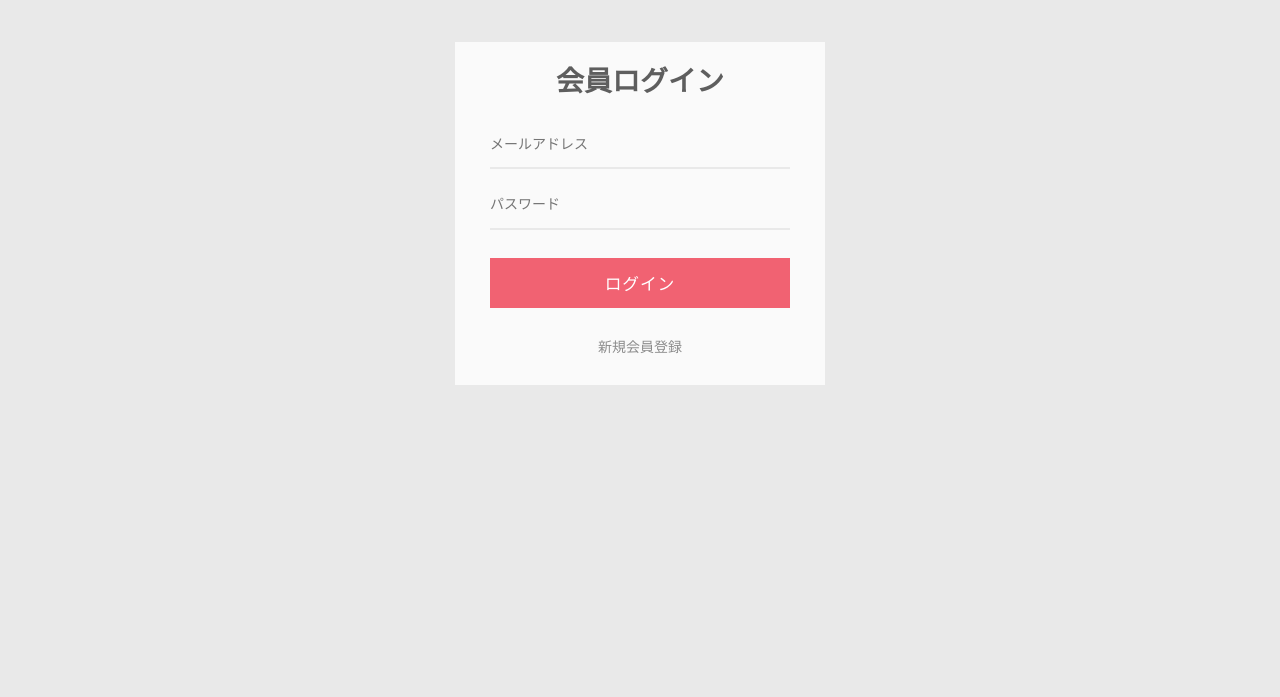
Repository: kawaguchi-mizuki/ntmc
Page: http://localhost/movie/login
The author's editor kept a copy of each file at every save. The page is drawn from the files as they stood at one save, then again after the next save.
The browser window is 1280 px wide. The pictures show the whole page.
The page is served by Tomcat 9. Other server files are loaded and not shown.

Above is the page before, as saved 2019-07-02 05:01:03.

### 開発/movie/movie/WebContent/WEB-INF/jsp/login_user.jsp
<%@ page language="java" contentType="text/html; charset=UTF-8"
	pageEncoding="UTF-8"%>
<!DOCTYPE html>
<html>
<head>
<meta charset="UTF-8">
<title>ログイン</title>
<link rel="stylesheet" href="css/user_login.css">
</head>
<body>


	<div class="form-wrapper">
		<h1>会員ログイン</h1>
		<form action="auth" method="POST">
			<div class="form-item">
				<label for="email"></label> <input type="email" name="mail"
					required="required" placeholder="メールアドレス"></input>
			</div>
			<div class="form-item">
				<label for="password"></label> <input type="password"
					name="password" required="required" placeholder="パスワード"></input>
			</div>


			<%
				String errflg = request.getParameter("errflg");
				if (errflg != null) {
					if (errflg.equals("1")) {
			%>
			<p class="err">
				学籍番号またはパスワードが間違っています。
			</p>
			<%
				}
			%>
			<%
				}
			%>


			<div class="button-panel">
				<input type="submit" class="button" title="Sign In" value="ログイン"></input>
			</div>
		</form>
		<div class="form-footer">
			<p>
				<a href="adduser">新規会員登録</a>
			</p>
		</div>
	</div>

</body>
</html>

### 開発/movie/movie/src/movie/controller/LoginUserStart.java
package movie.controller;

import java.io.IOException;

import javax.servlet.RequestDispatcher;
import javax.servlet.ServletException;
import javax.servlet.annotation.WebServlet;
import javax.servlet.http.HttpServlet;
import javax.servlet.http.HttpServletRequest;
import javax.servlet.http.HttpServletResponse;
@WebServlet("/login")
public class LoginUserStart extends HttpServlet {

	@Override
	protected void doGet(HttpServletRequest request, HttpServletResponse respons) throws ServletException, IOException {
		// TODO 自動生成されたメソッド・スタブ
		respons.setContentType("text/css");
		RequestDispatcher dispatcher = request.getRequestDispatcher("WEB-INF/jsp/login_user.jsp");
		dispatcher.forward(request, respons);
	}


}

### 開発/movie/movie/WebContent/css/user_login.css
/* Fonts */
@import url(https://fonts.googleapis.com/css?family=Open+Sans:400);

/* fontawesome */
@import url(http://weloveiconfonts.com/api/?family=fontawesome);
[class*="fontawesome-"]:before {
  font-family: 'FontAwesome', sans-serif;
}

/* Simple Reset */
* { margin: 0; padding: 0; box-sizing: border-box; }

/* body */
body {
  background: #e9e9e9;
  color: #5e5e5e;
  font: 400 87.5%/1.5em 'Open Sans', sans-serif;
}

/* Form Layout */
.form-wrapper {
  background: #fafafa;
  margin: 3em auto;
  padding: 0 1em;
  max-width: 370px;
}

h1 {
  text-align: center;
  padding: 1em 0;
}

form {
  padding: 0 1.5em;
}

.form-item {
  margin-bottom: 0.75em;
  width: 100%;
}

.form-item input {
  background: #fafafa;
  border: none;
  border-bottom: 2px solid #e9e9e9;
  color: #666;
  font-family: 'Open Sans', sans-serif;
  font-size: 1em;
  height: 50px;
  transition: border-color 0.3s;
  width: 100%;
}

.form-item input:focus {
  border-bottom: 2px solid #c0c0c0;
  outline: none;
}

.button-panel {
  margin: 2em 0 0;
  width: 100%;
}

.button-panel .button {
  background: #f16272;
  border: none;
  color: #fff;
  cursor: pointer;
  height: 50px;
  font-family: 'Open Sans', sans-serif;
  font-size: 1.2em;
  letter-spacing: 0.05em;
  text-align: center;
  text-transform: uppercase;
  transition: background 0.3s ease-in-out;
  width: 100%;
}

.button:hover {
  background: #ee3e52;
}

.form-footer {
  font-size: 1em;
  padding: 2em 0;
  text-align: center;
}

.form-footer a {
  color: #8c8c8c;
  text-decoration: none;
  transition: border-color 0.3s;
}

.form-footer a:hover {
  border-bottom: 1px dotted #8c8c8c;
}
.err{
	color:red;
	margin-top:30px;
}

After the next save:
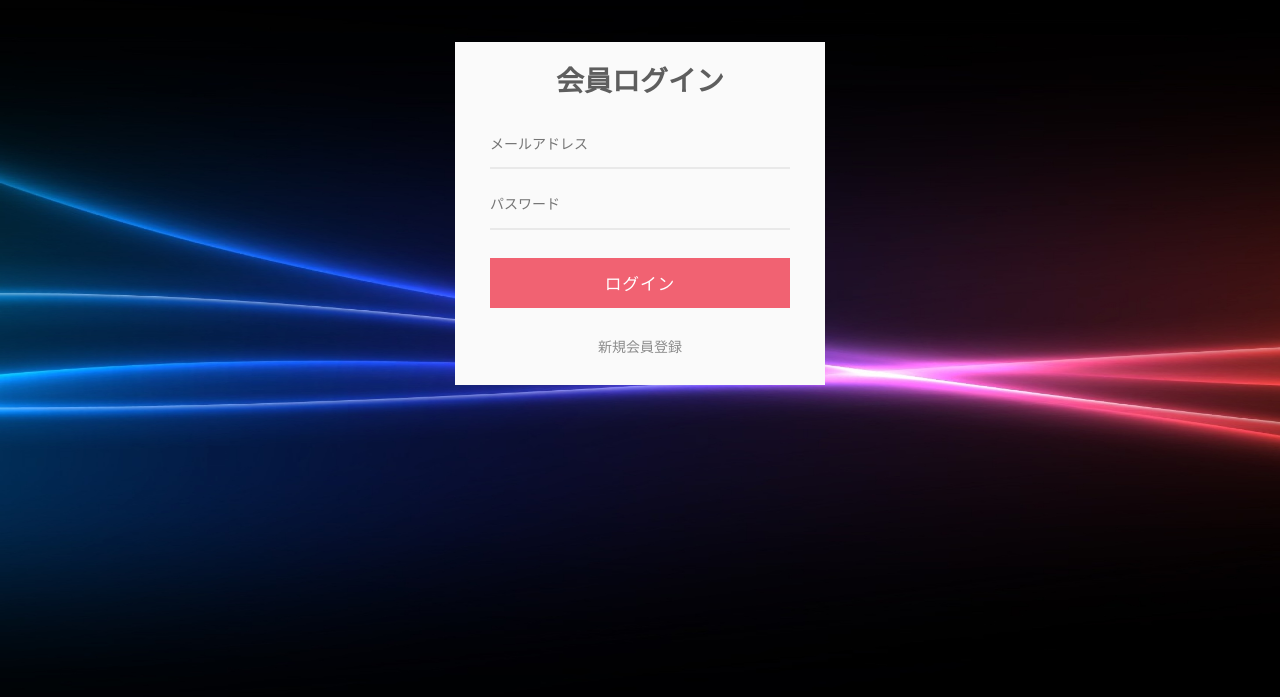
Saved 112 s later.
--- a/開発/movie/movie/WebContent/css/user_login.css
+++ b/開発/movie/movie/WebContent/css/user_login.css
@@ -99,3 +99,8 @@ form {
 	color:red;
 	margin-top:30px;
 }
+body{
+	background-image:url("../img/background.jpg");
+	background-size:1800px 700px ;
+	background-weight:700px;
+}
